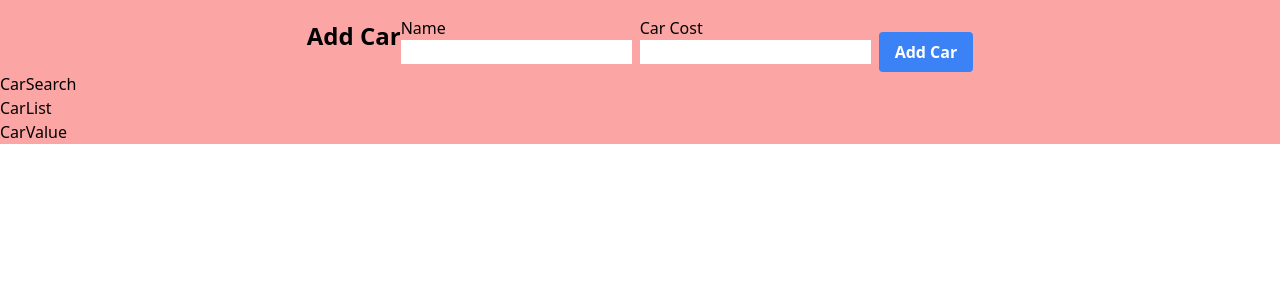
Repository: Marhamat92/carsappreduxtoolkit
Page: /
These files come from the project's save history. The page is drawn as it stood at one moment and after the next save; the edit follows.
The browser window is 1280 px wide. The pictures show the whole page.
The project was rebuilt for these pictures with package versions that can differ from the ones it lists, and the page was loaded fresh each time.

Above is the page before, as saved 2023-01-23 21:03:30.

After the next save:
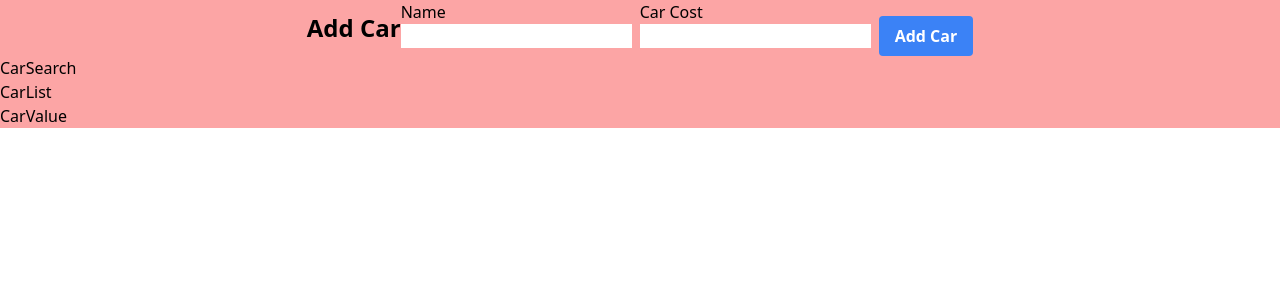
Saved 35 s later.
--- a/src/components/CarForm.js
+++ b/src/components/CarForm.js
@@ -4,7 +4,7 @@ function CarForm() {
   return (
     <div className='flex items-center justify-center'>
       <h1 className='font-bold text-2xl' >Add Car</h1>
-      <div className='mt-4'>
+      <div className='mt-410'>
         <form className='flex flex-row space-x-2'>
           <div className='flex flex-col'>
             <label htmlFor='make'>Name</label>
